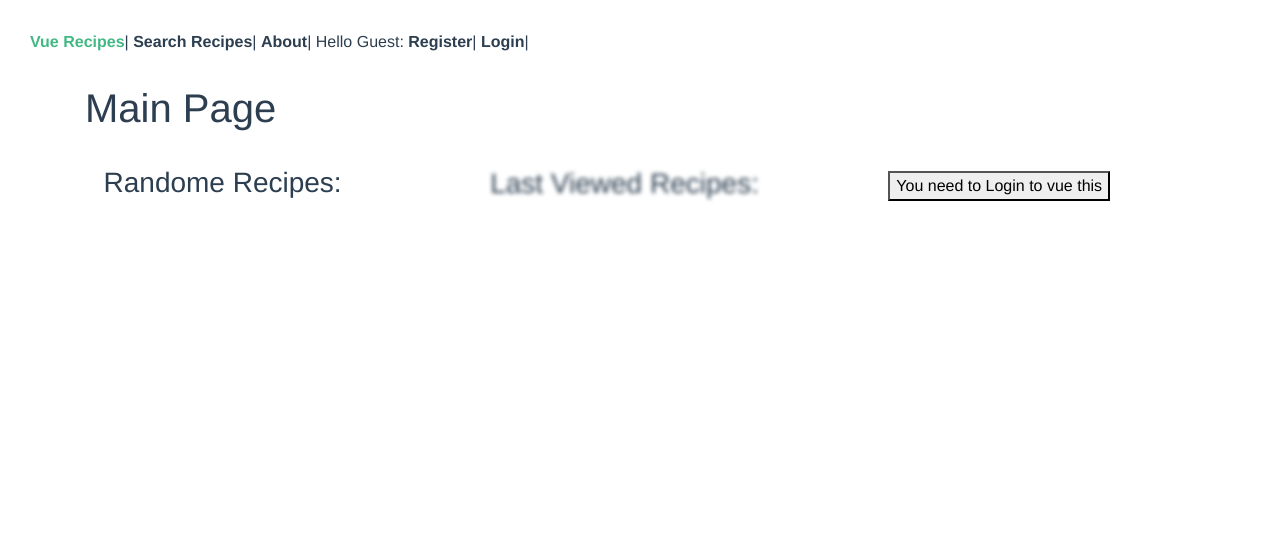
Repository: chenshor/cooking-site
Page: /
These files come from the project's save history. The page is drawn as it stood at one moment and after the next save; the edit follows.
The browser window is 1280 px wide. The pictures show the whole page.
The page's requests for data from a server got no answer. The project was rebuilt for these pictures with package versions that can differ from the ones it lists, and the page was loaded fresh each time. No one was signed in, and anything a server would have sent is missing. Also part of the build but not shown: vue.config.js, src/components/RecipePreview.vue, src/pages/NotFoundPage.vue, src/assets/cuisine.js, src/assets/diet.js, src/assets/intolerance.js, src/pages/SearchPage.vue, src/pages/RecipePage.vue and 5 more.

Above is the page before, as saved 2020-06-16 23:11:14.

After the next save:
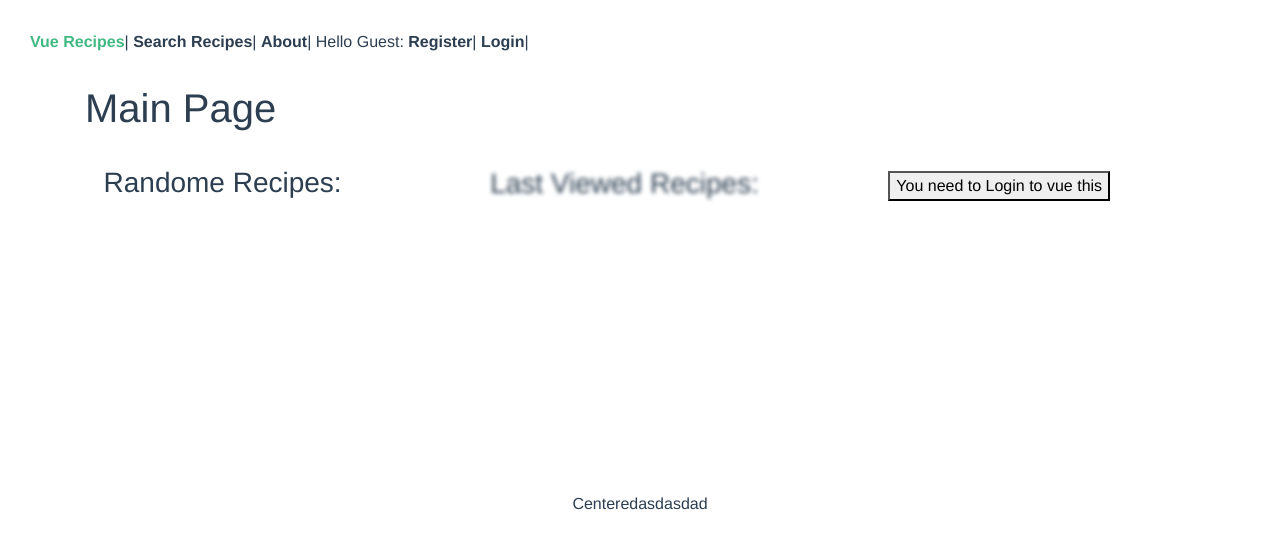
Saved 3 min 52 s later.
--- a/src/pages/MainPage.vue
+++ b/src/pages/MainPage.vue
@@ -26,11 +26,11 @@
         >
       </div>
     </div>
-    <!-- <div
+    <div
       style="position: absolute;top: 70%;left: 50%;transform: translate(-50%, -50%);"
     >
       Centeredasdasdad
-    </div> -->
+    </div>
   </div>
 </template>
 

After the save that followed:
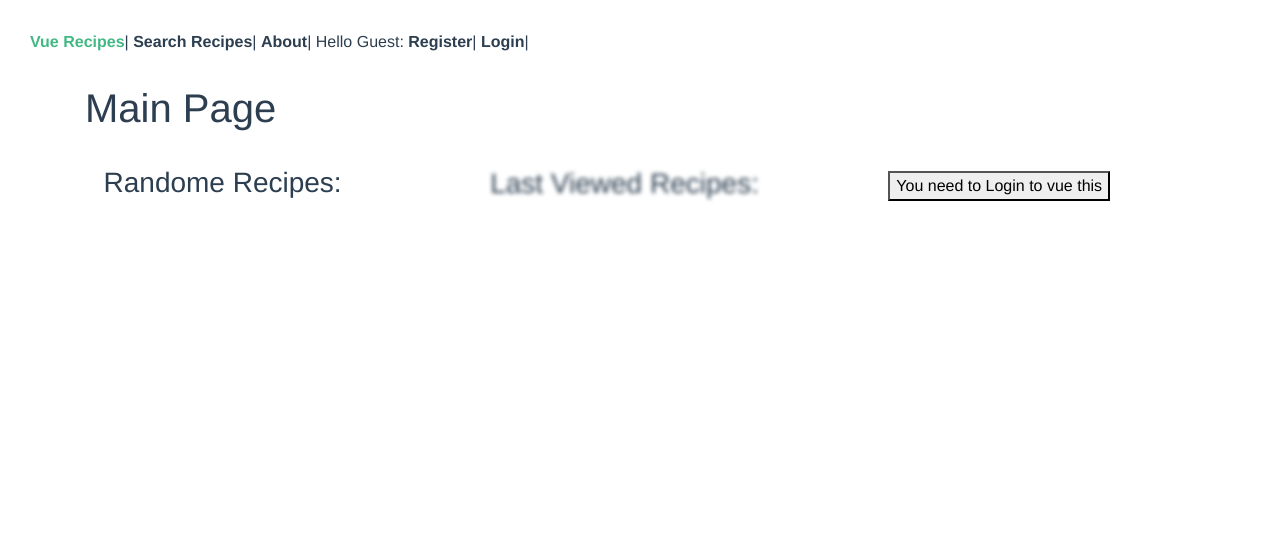
Saved 68 s later.
--- a/src/pages/MainPage.vue
+++ b/src/pages/MainPage.vue
@@ -25,11 +25,6 @@
           >You need to Login to vue this</router-link
         >
       </div>
-    </div>
-    <div
-      style="position: absolute;top: 70%;left: 50%;transform: translate(-50%, -50%);"
-    >
-      Centeredasdasdad
     </div>
   </div>
 </template>
